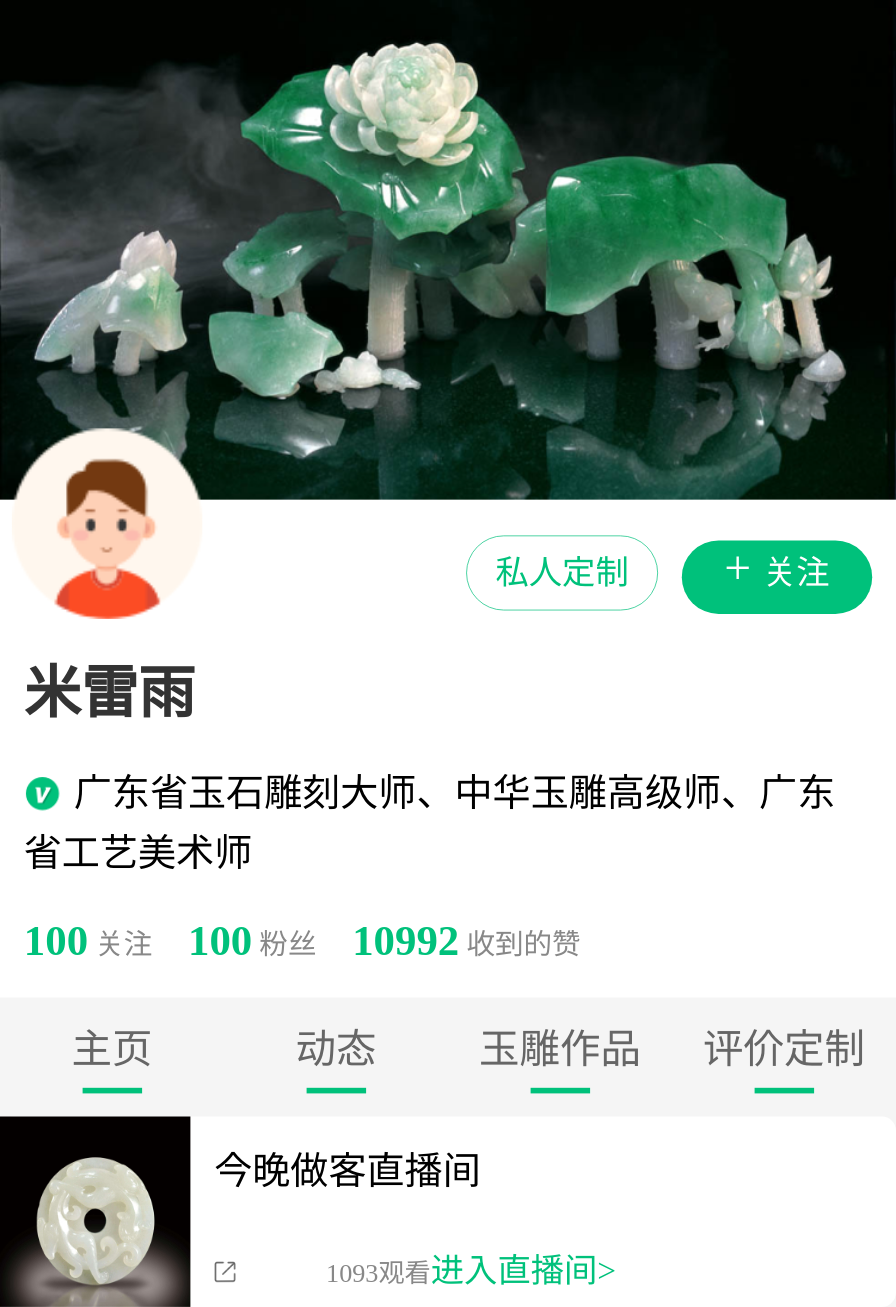
Repository: 1yanglulu/-
Page: html/jadecarvemaincenter.html
The author's editor kept a copy of each file at every save. The page is drawn from the files as they stood at one save, then again after the next save.
The browser window is 1280 px wide. The pictures show the whole page, at 70% of full size.

Above is the page before, as saved 2020-01-07 16:51:47.

After the next save:
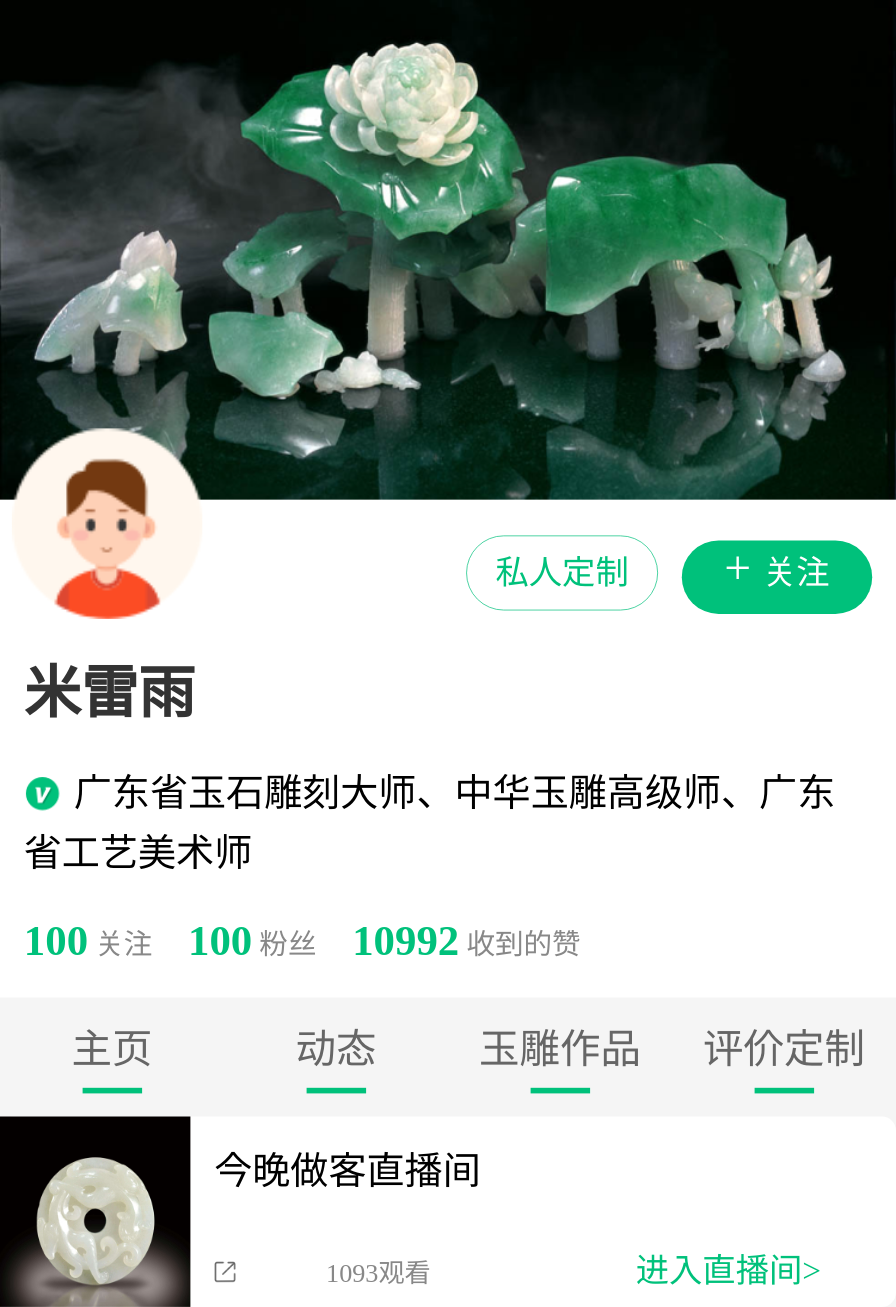
Saved 54 s later.
--- a/css/jadehomepage.css
+++ b/css/jadehomepage.css
@@ -48,4 +48,5 @@
   color: #00C17B;
   text-align: center;
   line-height: .32rem;
+  float: right;
 }
